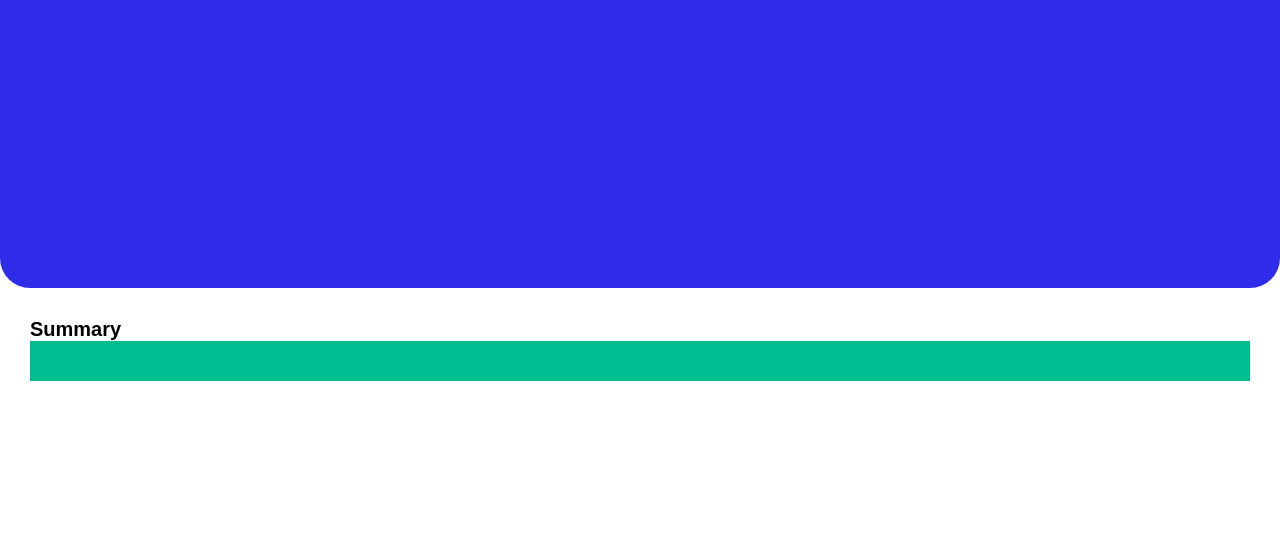
Repository: limaneto/frontend-mentor-results-summary
Page: index.html
The author's editor kept a copy of each file at every save. The page is drawn from the files as they stood at one save, then again after the next save.
The browser window is 1280 px wide. The pictures show the whole page.

Above is the page before, as saved 2023-11-06 01:26:22.

### index.html
<!DOCTYPE html>
<html lang="en">
  <head>
    <meta charset="UTF-8">
    <meta name="viewport" content="width=device-width, initial-scale=1.0">
    <link rel="stylesheet" href="style.css">
  </head>
  <body>
    <main>
      <section id='result'></section>
      <summary>
        <h2>Summary</h2>
        <ul>
          <li></li>
        </ul>
      </summary>
    </main>
  </body>
</html>

### style.css
:root {
  --red: #ff5959;
  --orangey:	#ffb01f;
  --green: #00bd91;
  --blue: #1125d4;
  --pale-blue: rgb(235, 241, 255);
  --white: rgb(255, 255, 255);
  --dark-gray-blue: #303b5a;
  --lavender: #c8c7ff;
  --g-slate-blue: #7857ff;
  --g-royal-blue: #2e2be9;
  --g-violet-blue: #4e21ca;
  --g-persian-blue: #2421ca;
}

@font-face {
  font-family: 'HankenGrotesk', sans-serif;
  src: url(./assets/fonts//HankenGrotesk-VariableFont_wght.ttf);
}

* {
  box-sizing: border-box;
  margin: 0;
  padding: 0;
}

html, body {
  font-size: 62.5%;
  font-family: 'HankenGrotesk', sans-serif;
  height: 100vh;
  width: 100vw;
}

li {
  display: block;
}

main {
  height: 100%;
  width: 100%;
}

section {
  height: 40%;
  background-color: var(--g-royal-blue);
  border-bottom-left-radius: 30px;
  border-bottom-right-radius: 30px;
}

summary {
  padding: 30px;
}

summary > h2 {
  font-size: 2rem;
}

summary > ul > li {
  width: 100%;
  height: 40px;
  background-color: #00bd91;
}

After the next save:
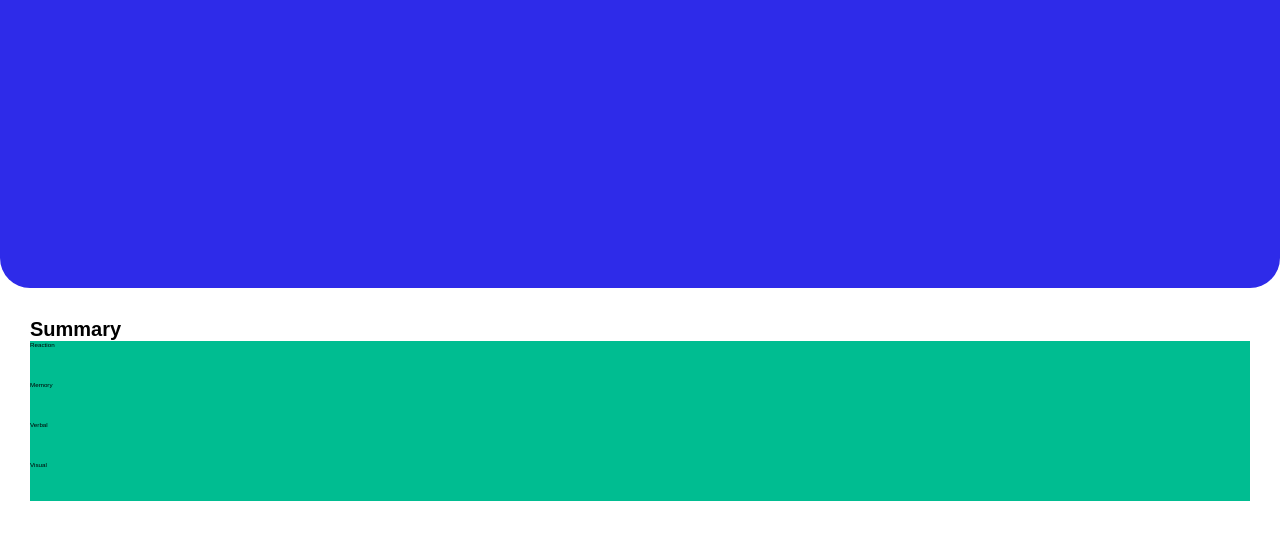
Saved 24 s later.
--- a/index.html
+++ b/index.html
@@ -11,7 +11,10 @@
       <summary>
         <h2>Summary</h2>
         <ul>
-          <li></li>
+          <li>Reaction</li>
+          <li>Memory</li>
+          <li>Verbal</li>
+          <li>Visual</li>
         </ul>
       </summary>
     </main>
